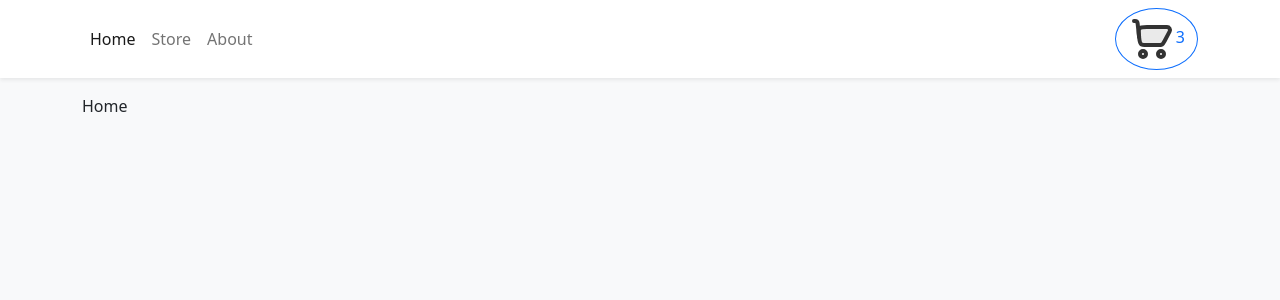
Repository: MoNasr2022/shopping-cart
Page: /
These files come from the project's save history. The page is drawn as it stood at one moment and after a run of saves; the edit follows.
The browser window is 1280 px wide. The pictures show the whole page.
The project was rebuilt for these pictures with package versions that can differ from the ones it lists, and the page was loaded fresh each time. Also part of the build but not shown: vite.config.ts, src/pages/Store.tsx, src/pages/About.tsx.

Above is the page before, as saved 2023-04-17 01:40:42.

After the next 2 saves:
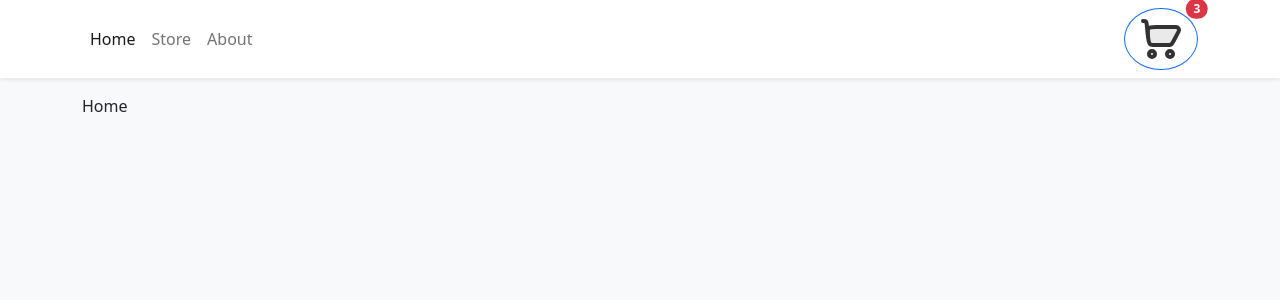
The 2 saves are shown as one change because 1 did not build or start.
The last was saved 11 s later.
--- a/src/components/Navbar.tsx
+++ b/src/components/Navbar.tsx
@@ -61,7 +61,7 @@ export default function Navbar() {
               stroke-width="2"
             />
           </svg>
-          <span
+          <span className="position-absolute top-0 start-100 translate-middle badge rounded-pill bg-danger"
           >3</span>
         </Button>
       </Container>
